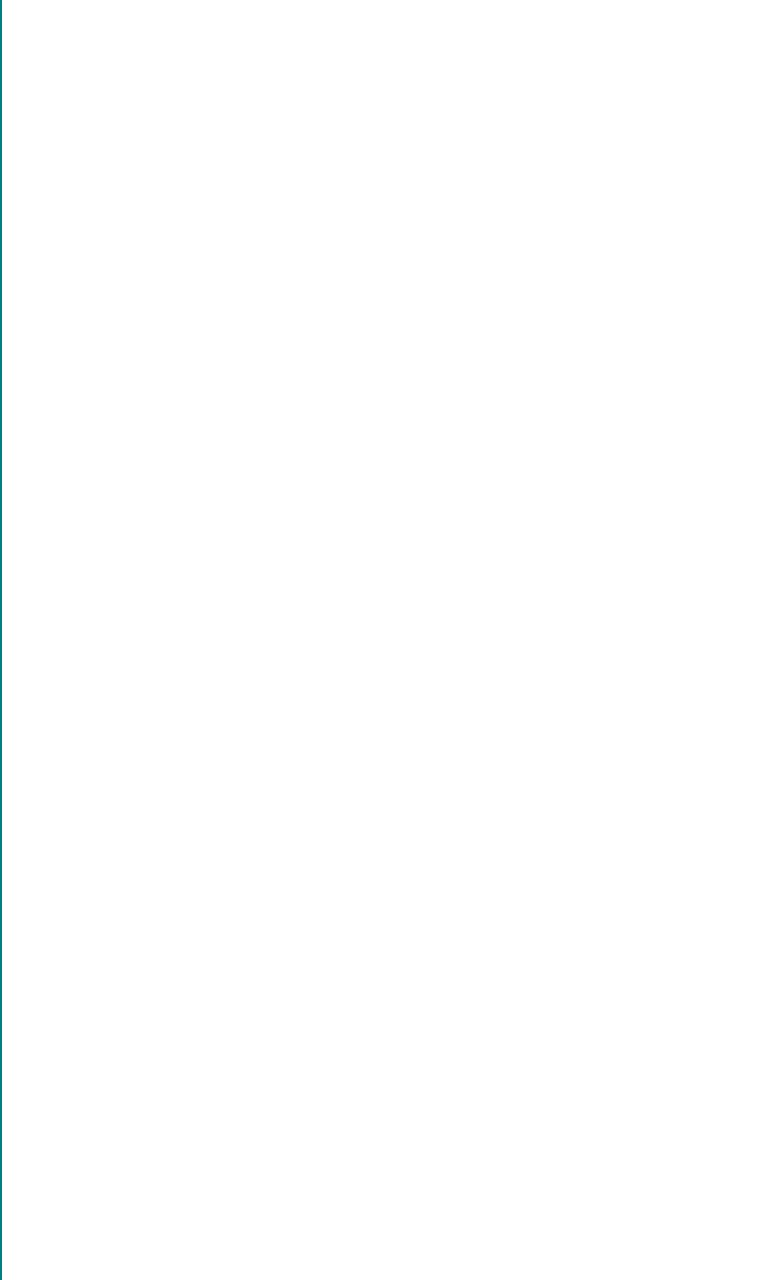
Repository: mrhanliang/Android_4.2
Layout: MailList/res/layout/maillist_content_frag.xml
An editor plug-in stored every save of this project. The layout is shown before and after the next save, followed by the edit.
It is drawn on a 768 x 1280 px phone screen (xhdpi) without system bars, with theme AppTheme; the app's code is not run.

Above is the layout before, as saved 2015-12-18 10:21:26.

After the next save:
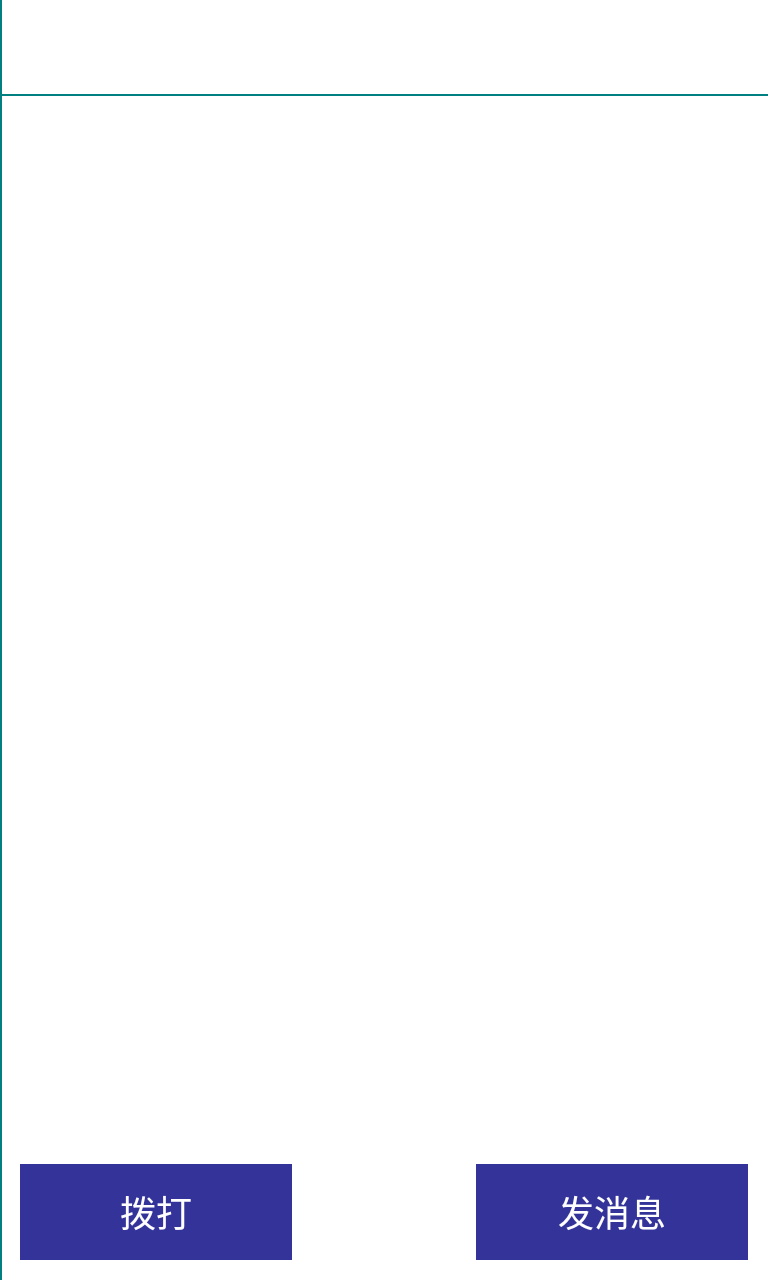
Saved 26 s later.
--- a/MailList/res/layout/maillist_content_frag.xml
+++ b/MailList/res/layout/maillist_content_frag.xml
@@ -7,8 +7,7 @@
         android:id="@+id/visibility_layout"
         android:layout_width="match_parent"
         android:layout_height="match_parent"
-        android:orientation="vertical"
-        android:visibility="invisible" >
+        android:orientation="vertical">
 
         <TextView
             android:id="@+id/mailList_name"

After the save that followed:
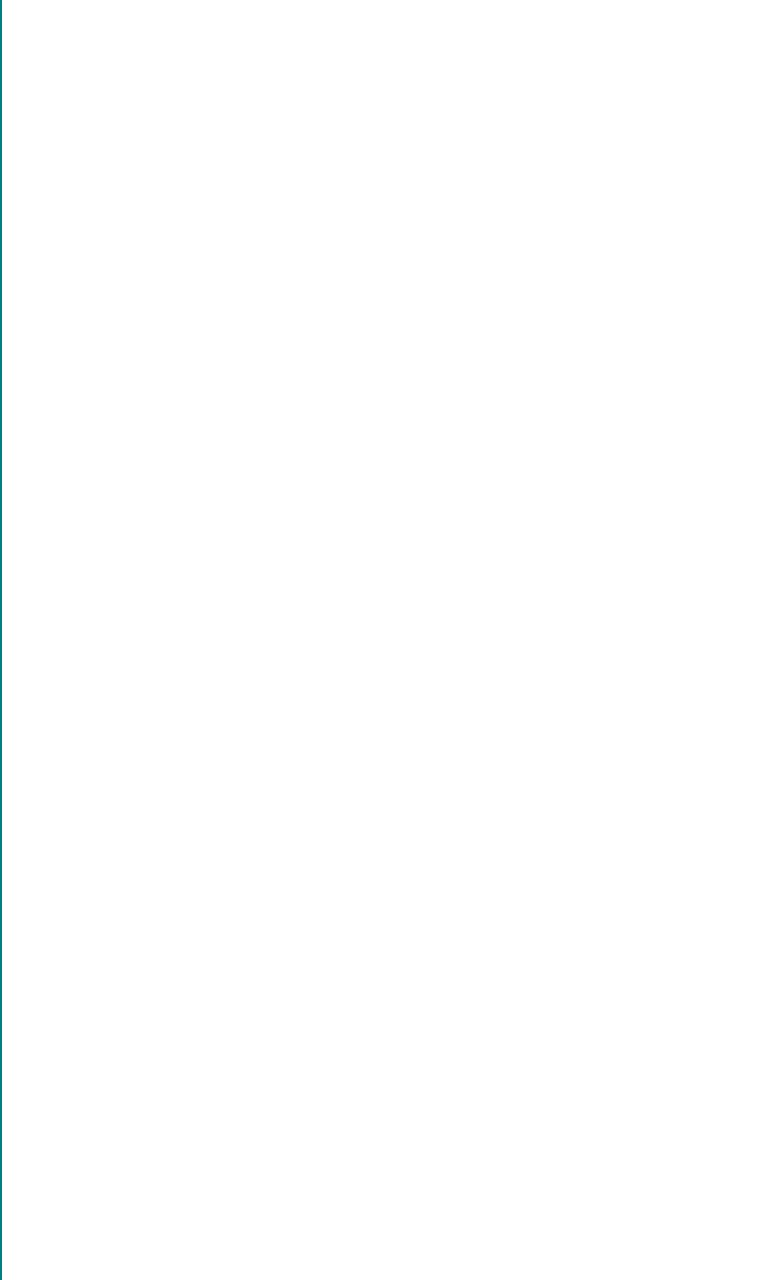
Saved 9 s later.
--- a/MailList/res/layout/maillist_content_frag.xml
+++ b/MailList/res/layout/maillist_content_frag.xml
@@ -7,7 +7,8 @@
         android:id="@+id/visibility_layout"
         android:layout_width="match_parent"
         android:layout_height="match_parent"
-        android:orientation="vertical">
+        android:orientation="vertical"
+        android:visibility="invisible" >
 
         <TextView
             android:id="@+id/mailList_name"
